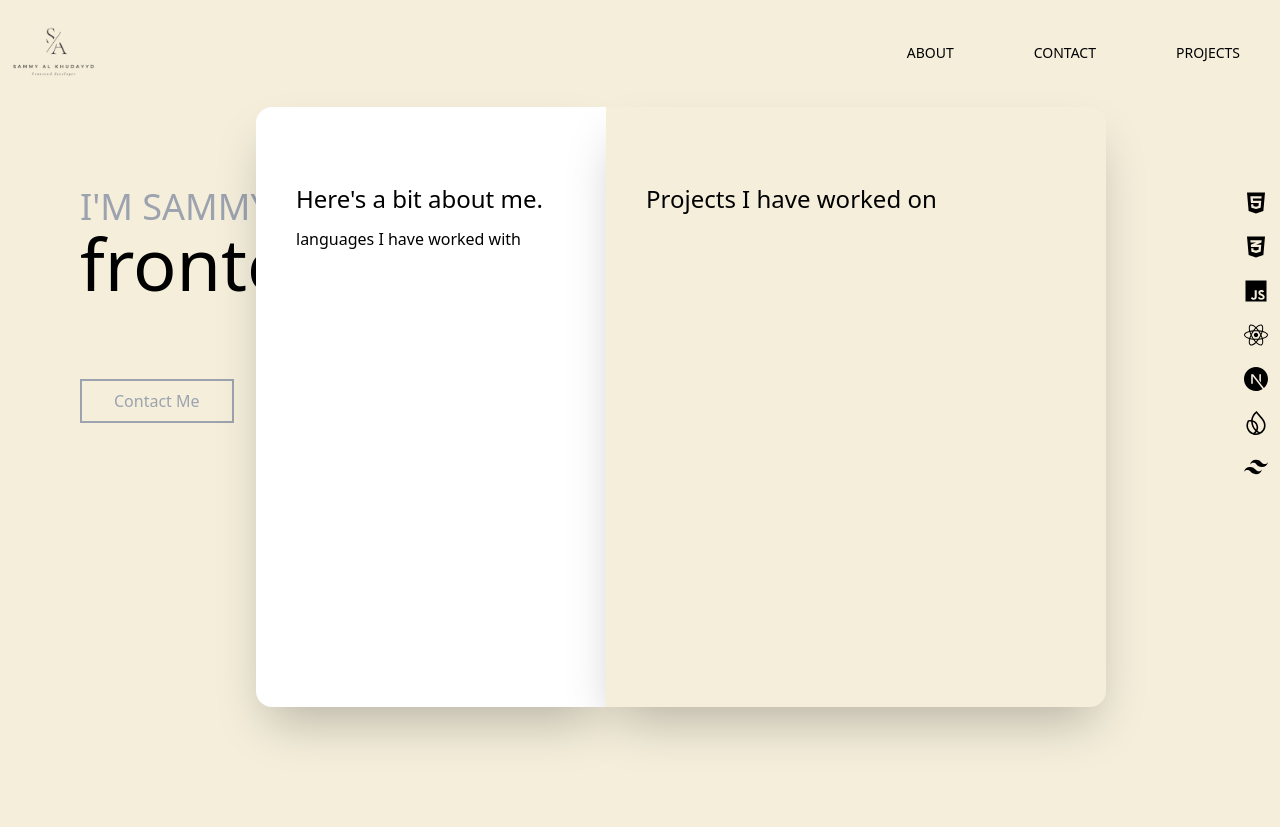
Repository: Al123Kudayyd/myportfolio
Page: /
The author's editor kept a copy of each file at every save. The page is drawn from the files as they stood at one save, then again after the next save.
The browser window is 1280 px wide. The pictures show the whole page.
The project was rebuilt for these pictures with package versions that can differ from the ones it lists, and the page was loaded fresh each time. Also part of the build but not shown: src/components/model.js.

Above is the page before, as saved 2024-02-21 13:56:24.

### src/App.js
import Main from './components/Main';
import Nav from './components/Nav';
import Model from './components/Model'


function App() {
  return (
    <div className=" ">
      <Nav />
      <Main />

    </div>
  );
}

export default App;

### src/components/Main.jsx
import React, { useState } from 'react'
import Model from './Model'
import { LiaTimesSolid } from "react-icons/lia";
import { FaHtml5, FaReact } from "react-icons/fa";
import { FaCss3Alt } from "react-icons/fa6";
import { IoLogoJavascript } from "react-icons/io5";
import { SiNextdotjs } from "react-icons/si";
import { SiFirebase } from "react-icons/si";
import { SiTailwindcss } from "react-icons/si";
import Projects from './Projects';


function Main() {
    const [openModal, setOpenModal] = useState(false)
  return (
    <div className='relative'>
    <div className='bg-[#f4eedb] relative h-screen'>
        <div className='-z-10 pl-20 pt-20 '>
            <h1 className=''><span className='text-gray-400 font-extralight text-4xl'>I'M SAMMY AND I'M A</span>
            <br /><span className='text-7xl'>frontend developer.</span></h1>
            <button className='mt-20 border-gray-400 border-2 text-gray-400 py-2 px-8 hover:bg-gray-400 hover:text-[#f4eedb]
            transition-all duration-300'
            onClick={() => setOpenModal(true)}>
                Contact Me</button>
        </div>

    </div>
    {
        openModal && <Model btn={<LiaTimesSolid onClick={() => setOpenModal(false)} />} />
    }
    <div className='absolute top-[10%] right-0 text-2xl space-y-5 m-3'>
            <FaHtml5 />
            <FaCss3Alt />
            <IoLogoJavascript />
            <FaReact />
            <SiNextdotjs />
            <SiFirebase />
            <SiTailwindcss />
        </div>
        <Projects className='' />
    </div>
  )
}

export default Main

### src/components/Nav.jsx
import React from 'react'
import logo from '../assets/logo.png'
import { LiaBarsSolid } from "react-icons/lia";

function Nav({ }) {
  return (
    <div className='bg-[#f4eedb] relative'>
        <div className='flex justify-between items-center'>
            <img src={logo} className="w-[20%] md:w-1/12 " />
            <LiaBarsSolid className='sm:hidden text-3xl mr-5 hover:text-gray-400 cursor-pointer active:scale-[.85] transition-all duration-300' />
            <ul className='hidden sm:flex font-extralight text-sm '>
                <li className='px-10 cursor-pointer hover:text-gray-400 transition-all duration-300'>ABOUT</li>
                <li className='px-10 cursor-pointer hover:text-gray-400 transition-all duration-300'>CONTACT</li>
                <li className='px-10 cursor-pointer hover:text-gray-400 transition-all duration-300'>PROJECTS</li>
            </ul>
        </div>



    </div>
  )
}

export default Nav

### src/components/Projects.jsx
import React from 'react'

function Projects() {
  return (
    <div className='absolute top-0 left-[20%]'>
        <div className='flex justify-center items-center'>
            <div className='shadow-2xl bg-white w-[350px] h-[600px] rounded-l-2xl'>
                <div className='px-[40px] py-[76px]'>
                    <h1 className='text-2xl'>Here's a bit about me.</h1>
                    <h3 className='text-md my-3'>languages I have worked with</h3>
                </div>

            </div>
            <div className='shadow-2xl bg-[#f4eedb] w-[500px] h-[600px] rounded-r-2xl '>
                <div className='px-[40px] py-[76px]'>
                    <h1 className='text-2xl'>Projects I have worked on</h1>
                </div>

            </div>
        </div>
    </div>
  )
}

export default Projects

### tailwind.config.js
/** @type {import('tailwindcss').Config} */
module.exports = {
  content: [
    "./src/components/Nav.{js,jsx,ts,tsx}",
    "./src/components/Main.{js,jsx,ts,tsx}",
    "./src/components/App.{js,jsx,ts,tsx}",
    "./src/components/Model.{js,jsx,ts,tsx}",
    "./src/components/Projects.{js,jsx,ts,tsx}"
  ],
  theme: {
    extend: {},
  },
  plugins: [],
}

Loaded but not shown: public/index.html (common file); src/index.js (common file); src/index.css (common file); src/reportWebVitals.js (common file)

After the next save:
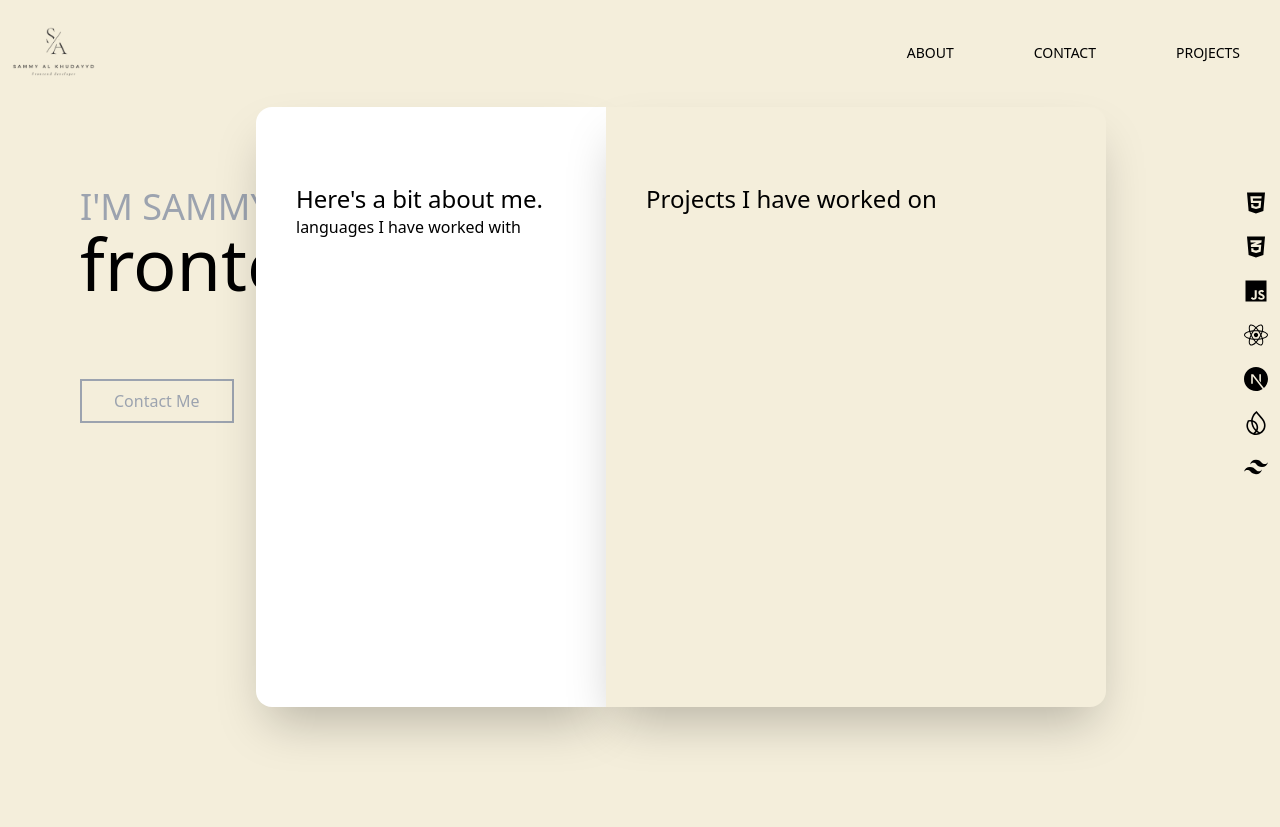
Saved 6 s later.
--- a/src/components/Projects.jsx
+++ b/src/components/Projects.jsx
@@ -7,7 +7,7 @@ function Projects() {
             <div className='shadow-2xl bg-white w-[350px] h-[600px] rounded-l-2xl'>
                 <div className='px-[40px] py-[76px]'>
                     <h1 className='text-2xl'>Here's a bit about me.</h1>
-                    <h3 className='text-md my-3'>languages I have worked with</h3>
+                    <h3 className='text-md '>languages I have worked with</h3>
                 </div>
 
             </div>
